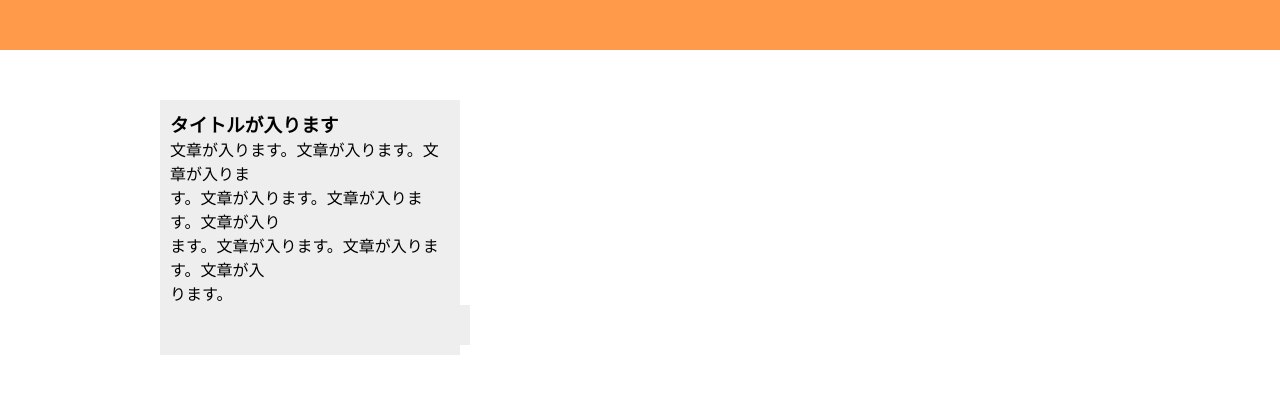
Repository: Souax/prac_20231021
Page: Chapter9/9.html
The author's editor kept a record of every edit. The page is drawn from the files as they stood at one moment, then again after the next edit.
The browser window is 1280 px wide. The pictures show the whole page.

Above is the page before.

### Chapter9/9.html
<!DOCTYPE html>
<html lang="ja">
  <head>
    <meta charset="UTF-8">
    <link rel="stylesheet" href="9.css">
    <title>9章</title>
  </head>
  <body>
    <div class="header"></div>
    <main>
      <div class="box">
        <div class="box1">
        <h3 class="title">タイトルが入ります</h3>
        <p class="text">文章が入ります。文章が入ります。文章が入りま<br>
        す。文章が入ります。文章が入ります。文章が入り<br>
        ます。文章が入ります。文章が入ります。文章が入<br>
        ります。</p>
      </div>
      <div class="box"></div>
      <div class="box"></div>
    </main>
    <footer></footer>
  </body>
  </html>

### Chapter9/9.css
*{
  margin:0;
  padding:0;
  box-sizing:border-box;
}

.header{
  height:50px;
  background-color:#FF9A4B;
}

main{
  width:960px;
  margin:50px auto;
  display:flex;
}

.box{
  width:300px;
  margin-right:30px;
  padding:10px;
  background-color:#EEEEEE;
}

.num{
  padding:4px;
  background-color:#FF9A4B;
  color:#fff;
}

.box1-img{
  height:150px;
  background-image:url(img/flow01.png);
  background-size:cover;
  background-position:bottom;
}

After the next edit:
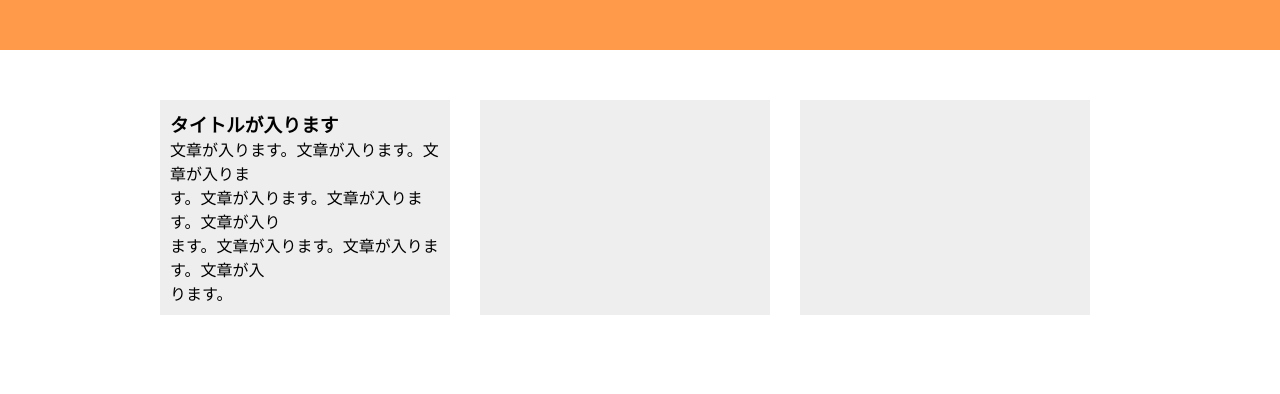
The edit:
--- a/Chapter9/9.html
+++ b/Chapter9/9.html
@@ -15,7 +15,8 @@
         す。文章が入ります。文章が入ります。文章が入り<br>
         ます。文章が入ります。文章が入ります。文章が入<br>
         ります。</p>
-      </div>
+        </div>
+        </div>
       <div class="box"></div>
       <div class="box"></div>
     </main>
